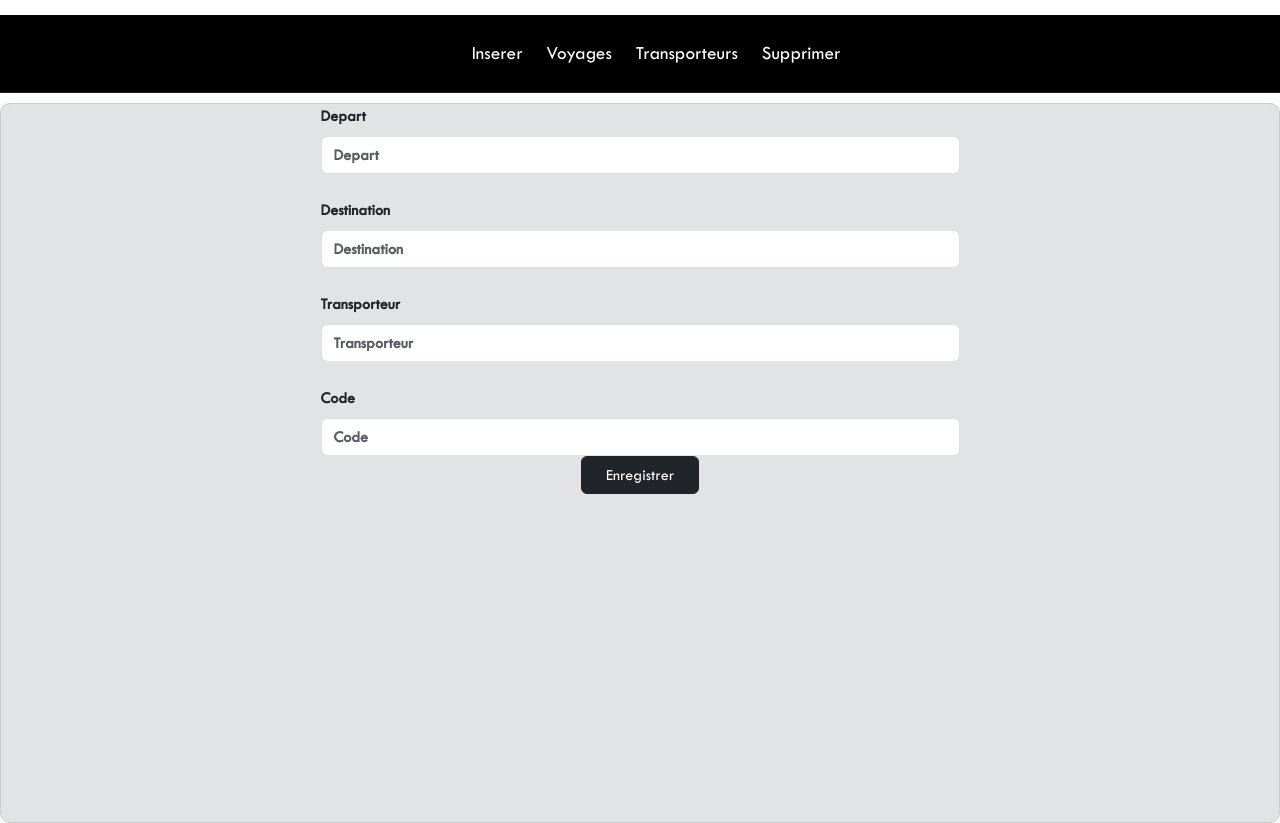
Repository: padevft/examen1-php
Page: http://localhost/
The author's editor kept a copy of each file at every save. The page is drawn from the files as they stood at one save, then again after the next save.
The browser window is 1280 px wide. The pictures show the whole page.
The page is run by PHP 8.4 with error messages shown; the project is at /var/www/html/.

Above is the page before, as saved 2023-10-10 22:26:54.

After the next save:
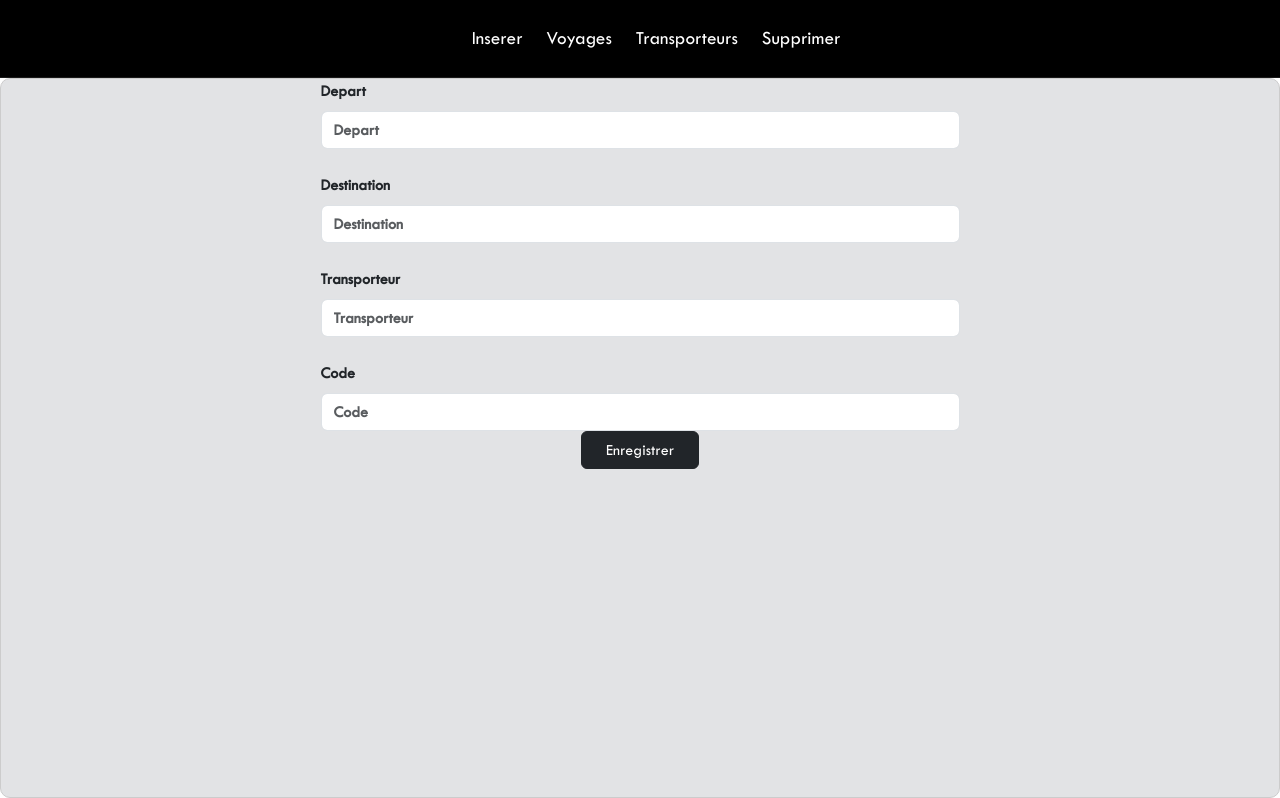
Saved 55 s later.
--- a/client/css/styles.css
+++ b/client/css/styles.css
@@ -32,12 +32,6 @@ a {
   text-decoration: none !important;
 }
 
-.container-app {
-  background-image: url("../images/bureau_16.jpg");
-  background-repeat: no-repeat;
-  background-size: cover;
-  background-attachment: fixed;
-}
 ul {
   list-style-type: none; /* Retire les puces */
 }
@@ -49,11 +43,6 @@ Header
 ****************************
 
 */
-
-header {
-  padding-top: 15px;
-  padding-bottom: 10px;
-}
 
 header ul {
   margin: 0 !important;
